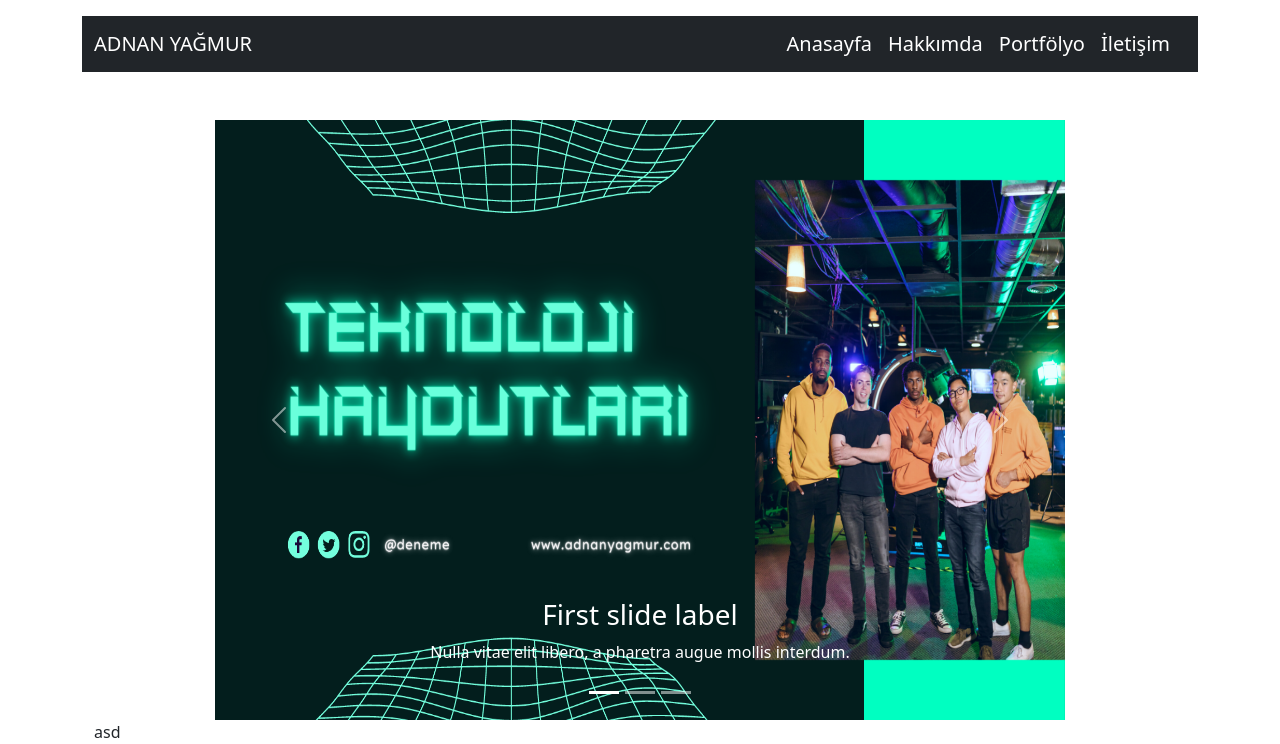
Repository: adnanyagmur/react-bootstrap-example
Page: /
These files come from the project's save history. The page is drawn as it stood at one moment and after the next save; the edit follows.
The browser window is 1280 px wide. The pictures show the whole page.
The project was rebuilt for these pictures with package versions that can differ from the ones it lists, and the page was loaded fresh each time.

Above is the page before, as saved 2022-06-29 10:45:02.

### src/index.js
import React from 'react';
import ReactDOM from 'react-dom/client';
import '../node_modules/bootstrap/dist/css/bootstrap.min.css';
import SSRProvider from 'react-bootstrap/SSRProvider';
import App from './App';


const root = ReactDOM.createRoot(document.getElementById('root'));
root.render(
  <React.StrictMode>
  <SSRProvider>
  <App />
</SSRProvider>
  </React.StrictMode>
);

### src/App.js
import  Appbar  from "./appComponents/Appbar.jsx";
import Container from "./appComponents/Container.jsx";
import Slider from "./appComponents/Slider.jsx";

function App() {

 return (
 <div className="container">

  <div>
<Appbar></Appbar>
</div>
<div>
<Slider></Slider>
</div>
<div>
  <Container></Container>
</div>
  </div>
  );
}

export default App;

### src/appComponents/Appbar.jsx

const Appbar =()=>{

    return(
        <>
  <nav className="navbar navbar-dark bg-dark mb-5 mt-3">
  <div className="container-fluid">
    <a href="/" className="navbar-brand">ADNAN YAĞMUR</a>
    <form className="d-flex" role="search">
    <a href="/" className="navbar-brand">Anasayfa</a>
    <a href="/" className="navbar-brand">Hakkımda</a>
    <a href="/" className="navbar-brand">Portfölyo</a>
    <a href="/" className="navbar-brand">İletişim</a>

    </form>
  </div>
</nav>

</>
    )
}

export default Appbar;

### src/appComponents/Container.jsx


const Container = ()=> {

    return(
        <div className="container">
asd
        </div>

    )
}

export default Container;

### src/appComponents/Slider.jsx
import {Carousel, Col, Container, Row,} from "react-bootstrap"
import Logo1 from "../assets/Logo1.png";
import Logo2 from "../assets/Logo2.png";
import Logo3 from "../assets/Logo3.png";

const Slider = ()=>{

    return(<Container>
      <Row>
        <Col></Col>


        <Col>
        <Carousel style={{width:"850px"}}>
        <Carousel.Item interval={1000}>
          <img
            className="d-block w-100"
            src={Logo1}
            alt="First slide"
             height="600"
          />
          <Carousel.Caption>
            <h3>First slide label</h3>
            <p>Nulla vitae elit libero, a pharetra augue mollis interdum.</p>
          </Carousel.Caption>
        </Carousel.Item>
        <Carousel.Item interval={1000}>
          <img
            className="d-block w-100"
            src={Logo2}
            alt="Second slide"
         height="600"
          />

          <Carousel.Caption>
            <h3>Second slide label</h3>
            <p>Lorem ipsum dolor sit amet, consectetur adipiscing elit.</p>
          </Carousel.Caption>
        </Carousel.Item>
        <Carousel.Item interval={1000}>
          <img
            className="d-block w-100"
            src={Logo3}
            alt="Third slide"
            height="600"
          />

          <Carousel.Caption>
            <h3>Third slide label</h3>
            <p>Praesent commodo cursus magna, vel scelerisque nisl consectetur.</p>
          </Carousel.Caption>
        </Carousel.Item>
      </Carousel>
      </Col>
      <Col>
      </Col>
      </Row>

      </Container>

    )
}
export default Slider;

Loaded but not shown: public/index.html (common file)

After the next save:
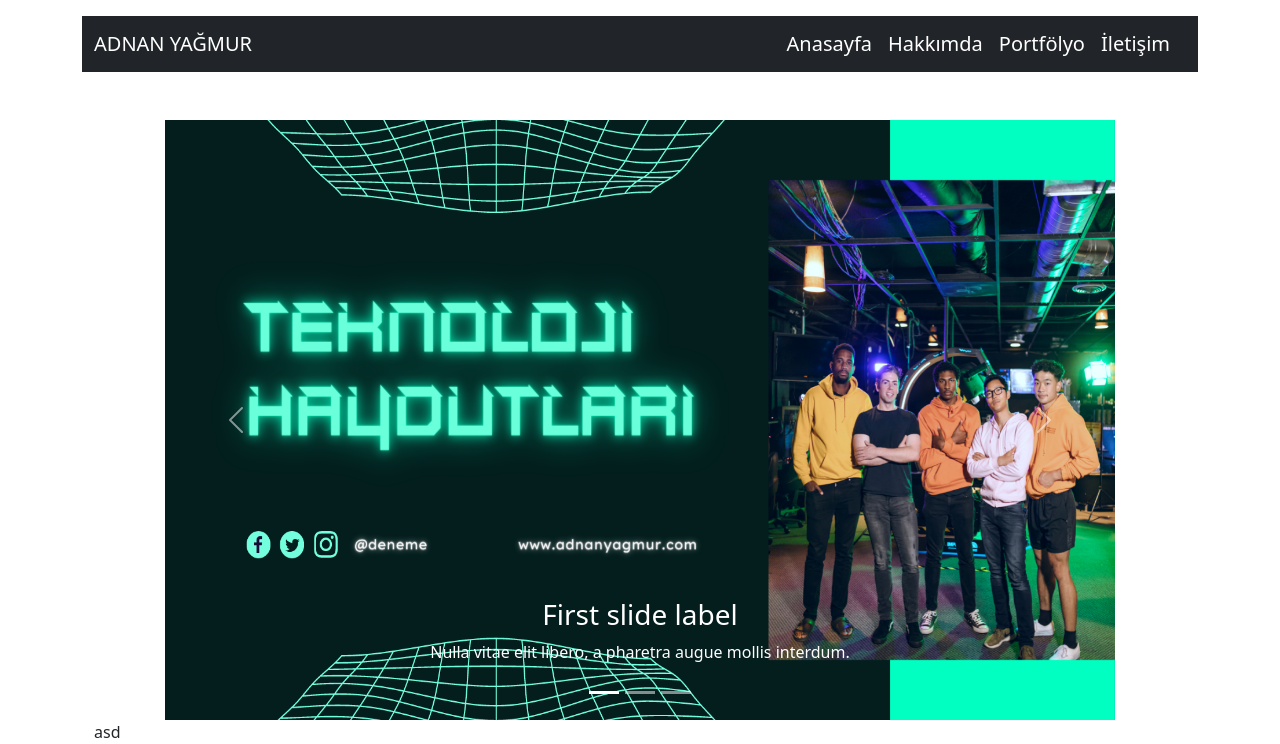
Saved 4 s later.
--- a/src/appComponents/Slider.jsx
+++ b/src/appComponents/Slider.jsx
@@ -11,7 +11,7 @@ const Slider = ()=>{
 
 
         <Col>
-        <Carousel style={{width:"850px"}}>
+        <Carousel style={{width:"950px"}}>
         <Carousel.Item interval={1000}>
           <img
             className="d-block w-100"
